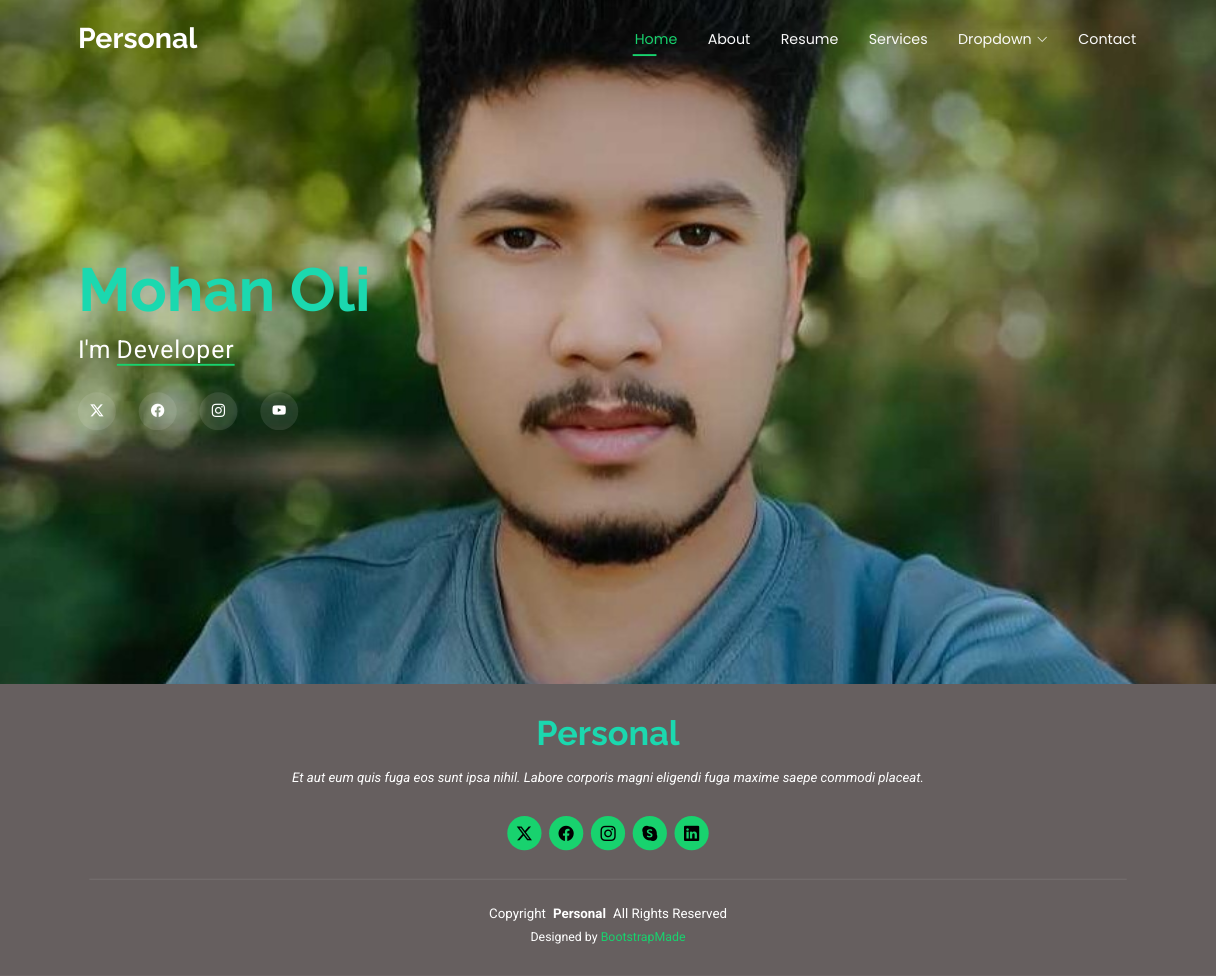
Repository: Mohanoli/mohan-git
Page: index.html
The author's editor kept a copy of each file at every save. The page is drawn from the files as they stood at one save, then again after the next save.
The browser window is 1280 px wide. The pictures show the whole page, at 95% of full size.

Above is the page before, as saved 2024-08-11 10:18:49.

### index.html
<!DOCTYPE html>
<html lang="en">

<head>
  <meta charset="utf-8">
  <meta content="width=device-width, initial-scale=1.0" name="viewport">
  <title>Index - Personal Bootstrap Template</title>
  <meta name="description" content="">
  <meta name="keywords" content="">

  <!-- Favicons -->
  <link href="assets/img/favicon.png" rel="icon">
  <link href="assets/img/apple-touch-icon.png" rel="apple-touch-icon">

  <!-- Fonts -->
  <link href="https://fonts.googleapis.com" rel="preconnect">
  <link href="https://fonts.gstatic.com" rel="preconnect" crossorigin>
  <link href="https://fonts.googleapis.com/css2?family=Roboto:ital,wght@0,100;0,300;0,400;0,500;0,700;0,900;1,100;1,300;1,400;1,500;1,700;1,900&family=Poppins:ital,wght@0,100;0,200;0,300;0,400;0,500;0,600;0,700;0,800;0,900;1,100;1,200;1,300;1,400;1,500;1,600;1,700;1,800;1,900&family=Raleway:ital,wght@0,100;0,200;0,300;0,400;0,500;0,600;0,700;0,800;0,900;1,100;1,200;1,300;1,400;1,500;1,600;1,700;1,800;1,900&display=swap" rel="stylesheet">

  <!-- Vendor CSS Files -->
  <link href="assets/vendor/bootstrap/css/bootstrap.min.css" rel="stylesheet">
  <link href="assets/vendor/bootstrap-icons/bootstrap-icons.css" rel="stylesheet">
  <link href="assets/vendor/aos/aos.css" rel="stylesheet">
  <link href="assets/vendor/swiper/swiper-bundle.min.css" rel="stylesheet">
  <link href="assets/vendor/glightbox/css/glightbox.min.css" rel="stylesheet">

  <!-- Main CSS File -->
  <link href="assets/css/main.css" rel="stylesheet">

  <!-- =======================================================
  * Template Name: Personal
  * Template URL: https://bootstrapmade.com/personal-free-resume-bootstrap-template/
  * Updated: Aug 07 2024 with Bootstrap v5.3.3
  * Author: BootstrapMade.com
  * License: https://bootstrapmade.com/license/
  ======================================================== -->
</head>

<body class="index-page">

  <header id="header" class="header d-flex align-items-center fixed-top">
    <div class="container-fluid container-xl position-relative d-flex align-items-center justify-content-between">

      <a href="index.html" class="logo d-flex align-items-center">
        <!-- Uncomment the line below if you also wish to use an image logo -->
        <!-- <img src="assets/img/logo.png" alt=""> -->
        <h1 class="sitename">Personal</h1>
      </a>

      <nav id="navmenu" class="navmenu">
        <ul>
          <li><a href="index.html" class="active">Home</a></li>
          <li><a href="about.html">About</a></li>
          <li><a href="resume.html">Resume</a></li>
          <li><a href="services.html">Services</a></li>

          <li class="dropdown"><a href="#"><span>Dropdown</span> <i class="bi bi-chevron-down toggle-dropdown"></i></a>
            <ul>
              <li><a href="#">Dropdown 1</a></li>
              <li class="dropdown"><a href="#"><span>Deep Dropdown</span> <i class="bi bi-chevron-down toggle-dropdown"></i></a>
                <ul>
                  <li><a href="#">Deep Dropdown 1</a></li>
                  <li><a href="#">Deep Dropdown 2</a></li>
                  <li><a href="#">Deep Dropdown 3</a></li>
                  <li><a href="#">Deep Dropdown 4</a></li>
                  <li><a href="#">Deep Dropdown 5</a></li>
                </ul>
              </li>
              <li><a href="#">Dropdown 2</a></li>
              <li><a href="#">Dropdown 3</a></li>
              <li><a href="#">Dropdown 4</a></li>
            </ul>
          </li>
          <li><a href="contact.html">Contact</a></li>
        </ul>
        <i class="mobile-nav-toggle d-xl-none bi bi-list"></i>
      </nav>

    </div>
  </header>

  <main class="main">

    <!-- Hero Section -->
    <section id="hero" class="hero section dark-background">

      <img src="assets/img/hero-bg.jpg" alt="" data-aos="fade-in">

      <div class="container" data-aos="zoom-out" data-aos-delay="100">
        <h2>Mohan Oli</h2>
        <p>I'm <span class="typed" data-typed-items="Designer, Developer, Freelancer, Photographer">Photographer</span><span class="typed-cursor typed-cursor--blink"></span></p>
        <div class="social-links">
          <a href="#"><i class="bi bi-twitter-x"></i></a>
          <a href="#"><i class="bi bi-facebook"></i></a>
          <a href="#"><i class="bi bi-instagram"></i></a>
          <a href="#"><i class="bi bi-youtube"></i></a>
        </div>
      </div>

    </section><!-- /Hero Section -->

  </main>

  <footer id="footer" class="footer dark-background">
    <div class="container">
      <h3 class="sitename">Personal</h3>
      <p>Et aut eum quis fuga eos sunt ipsa nihil. Labore corporis magni eligendi fuga maxime saepe commodi placeat.</p>
      <div class="social-links d-flex justify-content-center">
        <a href=""><i class="bi bi-twitter-x"></i></a>
        <a href=""><i class="bi bi-facebook"></i></a>
        <a href=""><i class="bi bi-instagram"></i></a>
        <a href=""><i class="bi bi-skype"></i></a>
        <a href=""><i class="bi bi-linkedin"></i></a>
      </div>
      <div class="container">
        <div class="copyright">
          <span>Copyright</span> <strong class="px-1 sitename">Personal</strong> <span>All Rights Reserved</span>
        </div>
        <div class="credits">
          <!-- All the links in the footer should remain intact. -->
          <!-- You can delete the links only if you've purchased the pro version. -->
          <!-- Licensing information: https://bootstrapmade.com/license/ -->
          <!-- Purchase the pro version with working PHP/AJAX contact form: [buy-url] -->
          Designed by <a href="https://bootstrapmade.com/">BootstrapMade</a>
        </div>
      </div>
    </div>
  </footer>

  <!-- Scroll Top -->
  <a href="#" id="scroll-top" class="scroll-top d-flex align-items-center justify-content-center"><i class="bi bi-arrow-up-short"></i></a>

  <!-- Preloader -->
  <div id="preloader"></div>

  <!-- Vendor JS Files -->
  <script src="assets/vendor/bootstrap/js/bootstrap.bundle.min.js"></script>
  <script src="assets/vendor/php-email-form/validate.js"></script>
  <script src="assets/vendor/aos/aos.js"></script>
  <script src="assets/vendor/typed.js/typed.umd.js"></script>
  <script src="assets/vendor/purecounter/purecounter_vanilla.js"></script>
  <script src="assets/vendor/waypoints/noframework.waypoints.js"></script>
  <script src="assets/vendor/swiper/swiper-bundle.min.js"></script>
  <script src="assets/vendor/glightbox/js/glightbox.min.js"></script>
  <script src="assets/vendor/imagesloaded/imagesloaded.pkgd.min.js"></script>
  <script src="assets/vendor/isotope-layout/isotope.pkgd.min.js"></script>

  <!-- Main JS File -->
  <script src="assets/js/main.js"></script>

</body>

</html>

Loaded but not shown: assets/vendor/bootstrap/css/bootstrap.min.css (library); assets/vendor/bootstrap-icons/bootstrap-icons.css (library); assets/vendor/aos/aos.css (library); assets/vendor/swiper/swiper-bundle.min.css (library); assets/vendor/glightbox/css/glightbox.min.css (library); assets/vendor/bootstrap/js/bootstrap.bundle.min.js (library); assets/vendor/php-email-form/validate.js (common file); assets/vendor/aos/aos.js (library); assets/vendor/typed.js/typed.umd.js (library); assets/vendor/purecounter/purecounter_vanilla.js (library); assets/vendor/waypoints/noframework.waypoints.js (library); assets/vendor/swiper/swiper-bundle.min.js (library); assets/vendor/glightbox/js/glightbox.min.js (library); assets/vendor/imagesloaded/imagesloaded.pkgd.min.js (library); assets/vendor/isotope-layout/isotope.pkgd.min.js (library); assets/js/main.js (202 lines, source omitted); assets/css/main.css (1476 lines, source omitted)

After the next save:
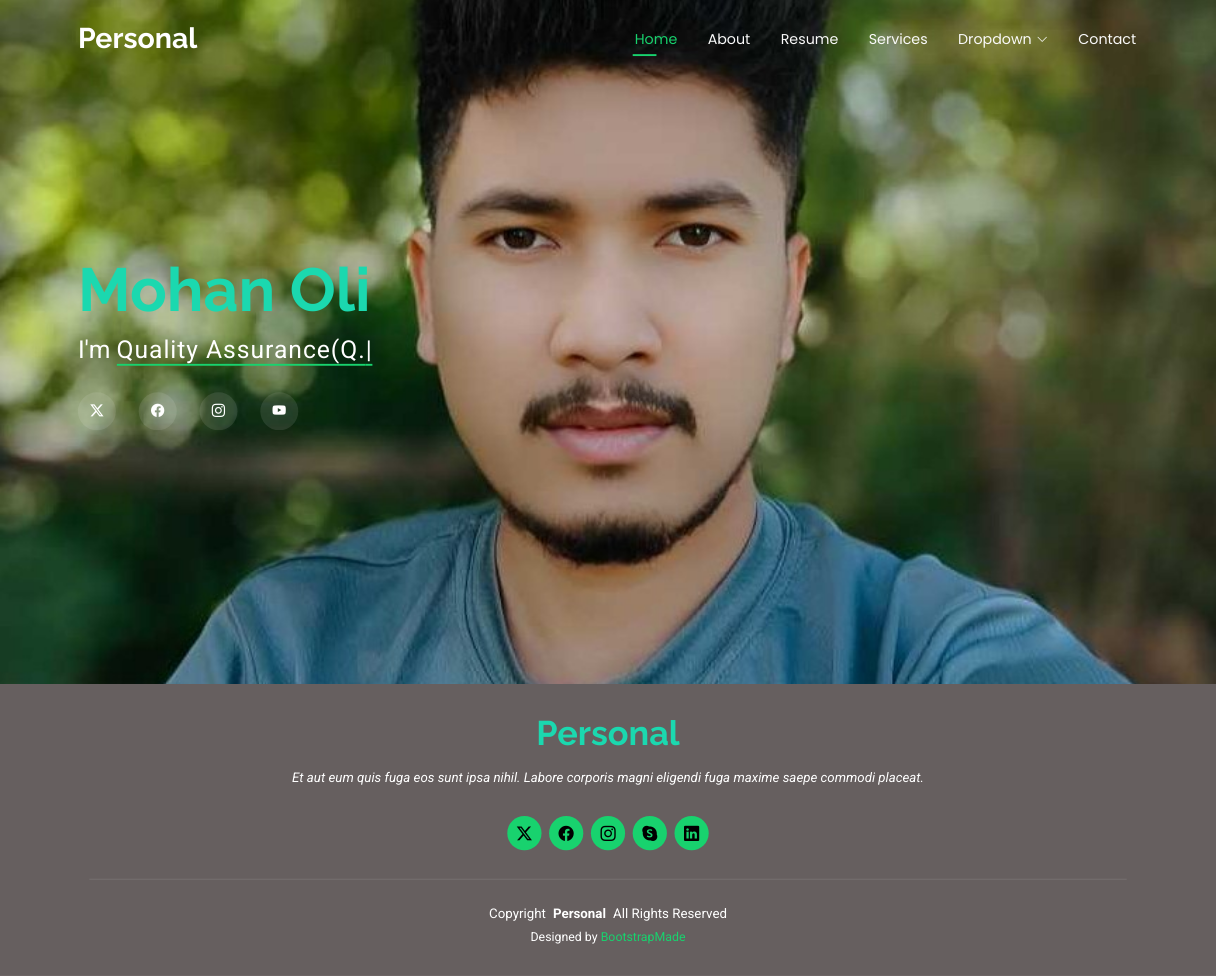
Saved 81 s later.
--- a/index.html
+++ b/index.html
@@ -88,7 +88,7 @@
 
       <div class="container" data-aos="zoom-out" data-aos-delay="100">
         <h2>Mohan Oli</h2>
-        <p>I'm <span class="typed" data-typed-items="Designer, Developer, Freelancer, Photographer">Photographer</span><span class="typed-cursor typed-cursor--blink"></span></p>
+        <p>I'm <span class="typed" data-typed-items="BBM Student, Quality Assurance(Q.A), Music Lover, Photographer">BBM Student</span><span class="typed-cursor typed-cursor--blink"></span></p>
         <div class="social-links">
           <a href="#"><i class="bi bi-twitter-x"></i></a>
           <a href="#"><i class="bi bi-facebook"></i></a>
